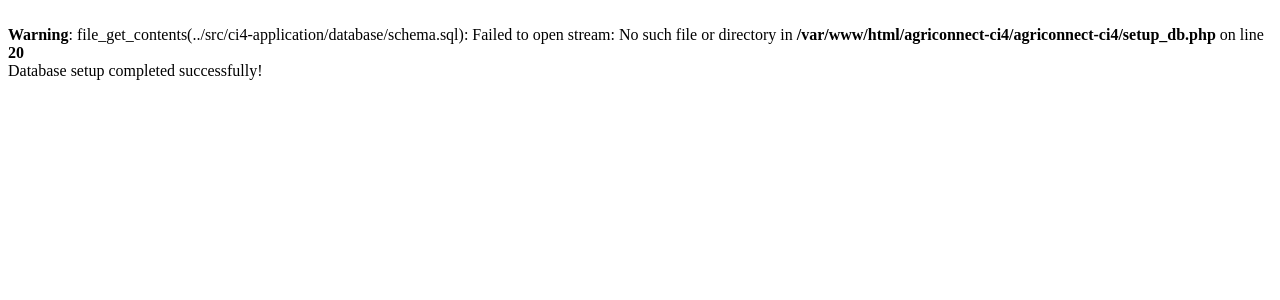
Repository: depenaezra/Farmart
Page: http://localhost/XEPDB1/agriconnect-ci4/agriconnect-ci4/setup_db.php
The author's editor kept a copy of each file at every save. The page is drawn from the files as they stood at one save, then again after the next save.
The browser window is 1280 px wide. The pictures show the whole page.
The page is run by PHP 8.4 with error messages shown; the project is at /var/www/html/.

Above is the page before, as saved 2025-11-20 14:45:03.

### agriconnect-ci4/agriconnect-ci4/setup_db.php
<?php
// Database setup script
$host = 'localhost';
$user = 'root';
$pass = '';
$dbname = 'agriconnect';

try {
    // Connect to MySQL
    $pdo = new PDO("mysql:host=$host", $user, $pass);
    $pdo->setAttribute(PDO::ATTR_ERRMODE, PDO::ERRMODE_EXCEPTION);

    // Create database if it doesn't exist
    $pdo->exec("CREATE DATABASE IF NOT EXISTS `$dbname` CHARACTER SET utf8mb4 COLLATE utf8mb4_unicode_ci");

    // Select the database
    $pdo->exec("USE `$dbname`");

    // Read and execute the schema file
    $schema = file_get_contents('../src/ci4-application/database/schema.sql');

    // Split into individual statements
    $statements = array_filter(array_map('trim', explode(';', $schema)));

    foreach ($statements as $statement) {
        if (!empty($statement) && !preg_match('/^(SET|DROP)/i', $statement)) {
            $pdo->exec($statement);
        }
    }

    echo "Database setup completed successfully!\n";

} catch (PDOException $e) {
    echo "Database setup failed: " . $e->getMessage() . "\n";
}

After the next save:
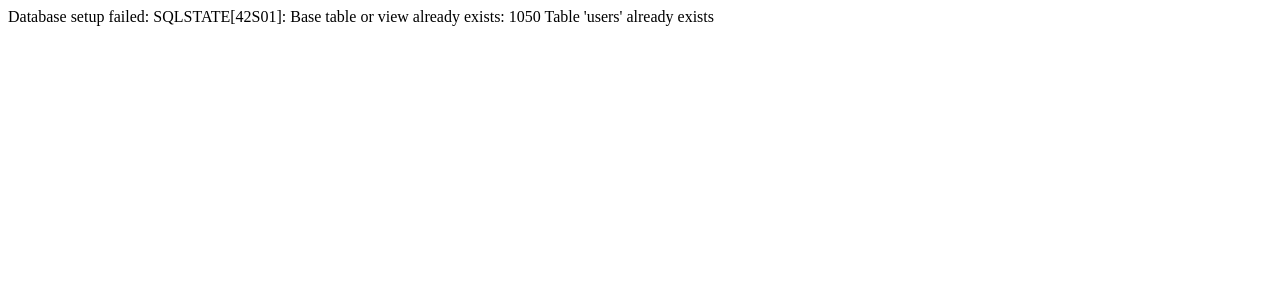
Saved 27 s later.
--- a/agriconnect-ci4/agriconnect-ci4/setup_db.php
+++ b/agriconnect-ci4/agriconnect-ci4/setup_db.php
@@ -17,7 +17,7 @@ try {
     $pdo->exec("USE `$dbname`");
 
     // Read and execute the schema file
-    $schema = file_get_contents('../src/ci4-application/database/schema.sql');
+    $schema = file_get_contents('../../src/ci4-application/database/schema.sql');
 
     // Split into individual statements
     $statements = array_filter(array_map('trim', explode(';', $schema)));
